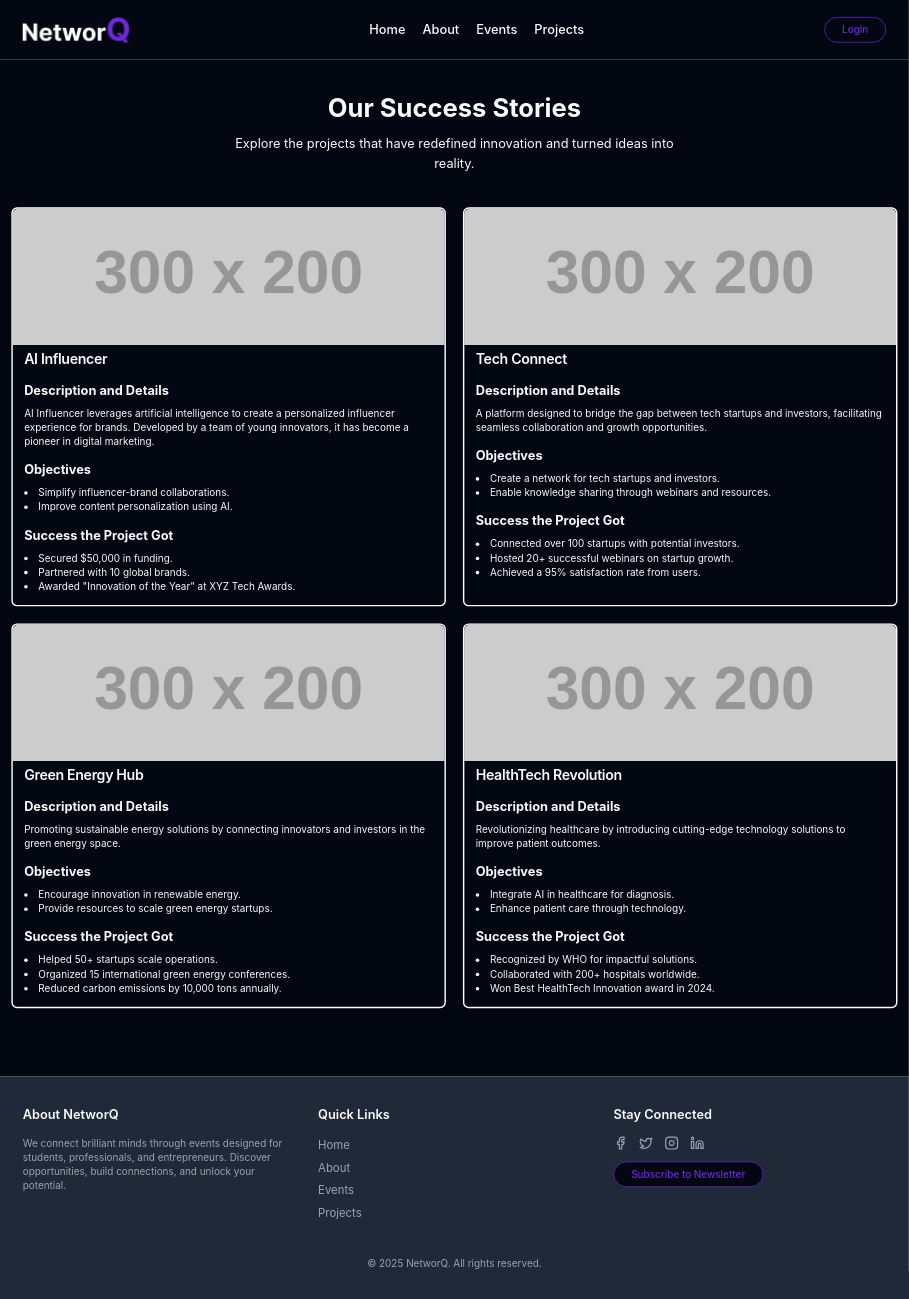
Repository: Wahab3917/Red-Pill-Coders-Hackathon-Submission
Page: /projects (app in frontend/)
An editor plug-in stored every save of this project. The page is shown before and after the next save, followed by the edit.
The browser window is 1280 px wide. The pictures show the whole page, at 71% of full size.
The project was rebuilt for these pictures with package versions that can differ from the ones it lists, and the page was loaded fresh each time. Also part of the build but not shown: frontend/vite.config.js, frontend/src/layouts/AuthLayout.jsx, frontend/src/pages/Home.jsx, frontend/src/pages/About.jsx, frontend/src/pages/Event.jsx.

Above is the page before, as saved 2025-01-25 13:18:46.

### frontend/index.html
<!doctype html>
<html lang="en" class="dark">
  <head>
    <meta charset="UTF-8" />
    <link rel="icon" type="image/svg+xml" href="./src/assets/favicon.png" />
    <meta name="viewport" content="width=device-width, initial-scale=1.0" />
    <title>NetworQ</title>
  </head>
  <body>
    <div id="root"></div>
    <script type="module" src="/src/main.jsx"></script>
  </body>
</html>

### frontend/src/App.jsx
import { BrowserRouter as Router, Routes, Route } from "react-router-dom";
import AuthLayout from "./layouts/AuthLayout";
import PageLayout from "./layouts/pageLayout";

// PAGES
import Home from "./pages/Home.jsx";
import About from "./pages/About.jsx";
import Event from "./pages/Event.jsx";
import Project from "./pages/Project.jsx";
function App() {
  return (
    <Router>
      <Routes>
        <Route
          path="/"
          element={
            <PageLayout>
              <Home />
            </PageLayout>
          }
        />
        <Route
          path="/about"
          element={
            <PageLayout>
              <About />
            </PageLayout>
          }
        />
        <Route
          path="/events"
          element={
            <PageLayout>
              <Event />
            </PageLayout>
          }
        />
        <Route
          path="/projects"
          element={
            <PageLayout>
              <Project />
            </PageLayout>
          }
        />
      </Routes>
    </Router>
  );
}

export default App;

### frontend/src/layouts/PageLayout.jsx
import React from 'react';
import { Header, Footer } from '../components';

function PageLayout({children}) {
  return (
    <div className='min-h-screen flex flex-wrap content-between bg-gray-100'>
      <div className='w-full block'>
        <Header />
          <main>
            {children}
          </main>
        <Footer />
      </div>
    </div>
  )
}

export default PageLayout

### frontend/src/pages/Project.jsx
import React from "react";
import { Card, CardHeader, CardTitle, CardContent } from "@/components/ui/card";

const projectsData = [
  {
    name: "AI Influencer",
    image: "https://via.placeholder.com/300x200", // Placeholder image
    description:
      "AI Influencer leverages artificial intelligence to create a personalized influencer experience for brands. Developed by a team of young innovators, it has become a pioneer in digital marketing.",
    objectives: [
      "Simplify influencer-brand collaborations.",
      "Improve content personalization using AI.",
    ],
    success: [
      "Secured $50,000 in funding.",
      "Partnered with 10 global brands.",
      'Awarded "Innovation of the Year" at XYZ Tech Awards.',
    ],
  },
  {
    name: "Tech Connect",
    image: "https://via.placeholder.com/300x200", // Placeholder image
    description:
      "A platform designed to bridge the gap between tech startups and investors, facilitating seamless collaboration and growth opportunities.",
    objectives: [
      "Create a network for tech startups and investors.",
      "Enable knowledge sharing through webinars and resources.",
    ],
    success: [
      "Connected over 100 startups with potential investors.",
      "Hosted 20+ successful webinars on startup growth.",
      "Achieved a 95% satisfaction rate from users.",
    ],
  },
  {
    name: "Green Energy Hub",
    image: "https://via.placeholder.com/300x200", // Placeholder image
    description:
      "Promoting sustainable energy solutions by connecting innovators and investors in the green energy space.",
    objectives: [
      "Encourage innovation in renewable energy.",
      "Provide resources to scale green energy startups.",
    ],
    success: [
      "Helped 50+ startups scale operations.",
      "Organized 15 international green energy conferences.",
      "Reduced carbon emissions by 10,000 tons annually.",
    ],
  },
  {
    name: "HealthTech Revolution",
    image: "https://via.placeholder.com/300x200", // Placeholder image
    description:
      "Revolutionizing healthcare by introducing cutting-edge technology solutions to improve patient outcomes.",
    objectives: [
      "Integrate AI in healthcare for diagnosis.",
      "Enhance patient care through technology.",
    ],
    success: [
      "Recognized by WHO for impactful solutions.",
      "Collaborated with 200+ hospitals worldwide.",
      "Won Best HealthTech Innovation award in 2024.",
    ],
  },
];

export default function ProjectsPage() {
  return (
    <>
      <main className="min-h-screen bg-background text-foreground">
        <div className="py-12">
          <div className="container mx-auto px-4 text-center">
            {/* Headline */}
            <h1 className="text-4xl font-bold mb-4">Our Success Stories</h1>
            <p className="text-lg max-w-2xl mx-auto">
              Explore the projects that have redefined innovation and turned
              ideas into reality.
            </p>
          </div>

          {/* Projects Section */}
          <section className="py-12">
            <div className="container mx-auto px-4">
              <div className="grid grid-cols-1 sm:grid-cols-2 gap-6">
                {projectsData.map((project, index) => (
                  <Card
                    key={index}
                    className="rounded-lg shadow-lg hover:shadow-xl border-2 border-white hover:border-primary transition duration-300"
                  >
                    <CardHeader className="p-0">
                      {/* Project Image */}
                      <div className="w-full h-48 bg-gray-200 rounded-t-lg overflow-hidden">
                        <img
                          src={project.image}
                          alt={project.name}
                          className="w-full h-full object-cover"
                        />
                      </div>
                      <CardTitle className="text-xl font-semibold mt-4 px-4">
                        {project.name}
                      </CardTitle>
                    </CardHeader>
                    <CardContent className="px-4 py-4">
                      <div className="mb-4">
                        <h2 className="font-bold text-lg mb-2">
                          Description and Details
                        </h2>
                        <p className="text-sm">{project.description}</p>
                      </div>
                      <div className="mb-4">
                        <h2 className="font-bold text-lg mb-2">Objectives</h2>
                        <ul className="list-disc list-inside text-sm">
                          {project.objectives.map((objective, idx) => (
                            <li key={idx}>{objective}</li>
                          ))}
                        </ul>
                      </div>
                      <div>
                        <h2 className="font-bold text-lg mb-2">
                          Success the Project Got
                        </h2>
                        <ul className="list-disc list-inside text-sm">
                          {project.success.map((success, idx) => (
                            <li key={idx}>{success}</li>
                          ))}
                        </ul>
                      </div>
                    </CardContent>
                  </Card>
                ))}
              </div>
            </div>
          </section>
        </div>
      </main>
    </>
  );
}

### frontend/src/components/index.js
import Header from "./Header/Header";
import Footer from "./Footer/Footer";

export {
  Header, Footer
}

### frontend/src/components/ui/button.jsx
import * as React from "react"
import { Slot } from "@radix-ui/react-slot"
import { cva } from "class-variance-authority";

import { cn } from "@/lib/utils"

const buttonVariants = cva(
  "inline-flex items-center justify-center gap-2 whitespace-nowrap rounded-md text-sm font-medium transition-colors focus-visible:outline-none focus-visible:ring-1 focus-visible:ring-ring disabled:pointer-events-none disabled:opacity-50 [&_svg]:pointer-events-none [&_svg]:size-4 [&_svg]:shrink-0",
  {
    variants: {
      variant: {
        default:
          "bg-primary text-primary-foreground shadow hover:bg-primary/90",
        destructive:
          "bg-destructive text-destructive-foreground shadow-sm hover:bg-destructive/90",
        outline:
          "border border-input bg-background shadow-sm hover:bg-accent hover:text-accent-foreground",
        secondary:
          "bg-secondary text-secondary-foreground shadow-sm hover:bg-secondary/80",
        ghost: "hover:bg-accent hover:text-accent-foreground",
        link: "text-primary underline-offset-4 hover:underline",
      },
      size: {
        default: "h-9 px-4 py-2",
        sm: "h-8 rounded-md px-3 text-xs",
        lg: "h-10 rounded-md px-8",
        icon: "h-9 w-9",
      },
    },
    defaultVariants: {
      variant: "default",
      size: "default",
    },
  }
)

const Button = React.forwardRef(({ className, variant, size, asChild = false, ...props }, ref) => {
  const Comp = asChild ? Slot : "button"
  return (
    (<Comp
      className={cn(buttonVariants({ variant, size, className }))}
      ref={ref}
      {...props} />)
  );
})
Button.displayName = "Button"

export { Button, buttonVariants }

### frontend/src/components/ui/card.jsx
import * as React from "react"

import { cn } from "@/lib/utils"

const Card = React.forwardRef(({ className, ...props }, ref) => (
  <div
    ref={ref}
    className={cn("rounded-xl border bg-card text-card-foreground shadow", className)}
    {...props} />
))
Card.displayName = "Card"

const CardHeader = React.forwardRef(({ className, ...props }, ref) => (
  <div
    ref={ref}
    className={cn("flex flex-col space-y-1.5 p-6", className)}
    {...props} />
))
CardHeader.displayName = "CardHeader"

const CardTitle = React.forwardRef(({ className, ...props }, ref) => (
  <div
    ref={ref}
    className={cn("font-semibold leading-none tracking-tight", className)}
    {...props} />
))
CardTitle.displayName = "CardTitle"

const CardDescription = React.forwardRef(({ className, ...props }, ref) => (
  <div
    ref={ref}
    className={cn("text-sm text-muted-foreground", className)}
    {...props} />
))
CardDescription.displayName = "CardDescription"

const CardContent = React.forwardRef(({ className, ...props }, ref) => (
  <div ref={ref} className={cn("p-6 pt-0", className)} {...props} />
))
CardContent.displayName = "CardContent"

const CardFooter = React.forwardRef(({ className, ...props }, ref) => (
  <div
    ref={ref}
    className={cn("flex items-center p-6 pt-0", className)}
    {...props} />
))
CardFooter.displayName = "CardFooter"

export { Card, CardHeader, CardFooter, CardTitle, CardDescription, CardContent }

### frontend/src/components/Header/Header.jsx
import React from "react";
import { Link, useNavigate } from "react-router-dom";
import Logo from "../Logo";
import { Button } from "../ui/button";

function Header() {
  const navigate = useNavigate();

  const navItems = [
    { name: "Home", slug: "/", active: true },
    { name: "About", slug: "/about", active: true },
    { name: "Events", slug: "/events", active: true },
    { name: "Projects", slug: "/projects", active: true },
  ];

  return (
    <header className="flex justify-between items-center py-6 px-8 bg-background text-foreground shadow-md">
      {/* Logo Section */}
      <div>
        <Link to="/">
          <Logo width={150} />
        </Link>
      </div>

      {/* Navigation Section */}
      <nav className="flex gap-6">
        {navItems.map(
          (item) =>
            item.active && (
              <Link
                to={item.slug}
                key={item.name}
                className="text-lg font-medium hover:text-primary transition-colors"
              >
                {item.name}
              </Link>
            )
        )}
      </nav>

      {/* Actions Section */}
      <div>
        <Link to="/login">
          <Button
            variant="outline"
            className="py-2 px-6 rounded-full border-primary text-primary hover:bg-primary hover:text-primary-foreground transition-colors"
          >
            Login
          </Button>
        </Link>
      </div>
    </header>
  );
}

export default Header;

### frontend/src/components/Footer/Footer.jsx
import React from "react";
import { Link } from "react-router-dom";
import { Button } from "../ui/button";
import { Facebook, Twitter, Instagram, Linkedin } from "lucide-react";

function Footer() {
  return (
    <footer className="bg-muted text-muted-foreground py-10 px-8">
      <div className="container mx-auto grid md:grid-cols-3 gap-8">
        {/* About Section */}
        <div>
          <h4 className="text-lg font-semibold mb-4">About NetworQ</h4>
          <p className="text-sm">
            We connect brilliant minds through events designed for students, professionals, and entrepreneurs.
            Discover opportunities, build connections, and unlock your potential.
          </p>
        </div>

        {/* Navigation Links */}
        <div>
          <h4 className="text-lg font-semibold mb-4">Quick Links</h4>
          <ul className="space-y-2">
            <li>
              <Link to="/" className="hover:text-primary transition-colors">Home</Link>
            </li>
            <li>
              <Link to="/about" className="hover:text-primary transition-colors">About</Link>
            </li>
            <li>
              <Link to="/events" className="hover:text-primary transition-colors">Events</Link>
            </li>
            <li>
              <Link to="/projects" className="hover:text-primary transition-colors">Projects</Link>
            </li>
          </ul>
        </div>

        {/* Social Media & Newsletter */}
        <div>
          <h4 className="text-lg font-semibold mb-4">Stay Connected</h4>
          <div className="flex space-x-4 mb-4">
            <a
              href="https://facebook.com"
              target="_blank"
              rel="noopener noreferrer"
              className="text-muted-foreground hover:text-primary transition-colors"
            >
              <Facebook size={20} />
            </a>
            <a
              href="https://twitter.com"
              target="_blank"
              rel="noopener noreferrer"
              className="text-muted-foreground hover:text-primary transition-colors"
            >
              <Twitter size={20} />
            </a>
            <a
              href="https://instagram.com"
              target="_blank"
              rel="noopener noreferrer"
              className="text-muted-foreground hover:text-primary transition-colors"
            >
              <Instagram size={20} />
            </a>
            <a
              href="https://linkedin.com"
              target="_blank"
              rel="noopener noreferrer"
              className="text-muted-foreground hover:text-primary transition-colors"
            >
              <Linkedin size={20} />
            </a>
          </div>
          <Link to="/signup">
            <Button
              variant="outline"
              className="py-2 px-6 rounded-full border-primary text-primary hover:bg-primary hover:text-primary-foreground transition-colors"
            >
              Subscribe to Newsletter
            </Button>
          </Link>
        </div>
      </div>

      {/* Bottom Bar */}
      <div className="border-t border-border mt-8 pt-4 text-center">
        <p className="text-sm">
          © {new Date().getFullYear()} NetworQ. All rights reserved.
        </p>
      </div>
    </footer>
  );
}

export default Footer;

### frontend/src/components/Logo.jsx
import React from 'react';
import logo from '../assets/Logo.png';

function Logo({width}) {
  return (
    <img src={logo} alt="Logo" width={width} />
  )
}

export default Logo

### frontend/tailwind.config.js
const plugin = require("tailwindcss/plugin");
const { fontFamily } = require("tailwindcss/defaultTheme");

/** @type {import('tailwindcss').Config} */
module.exports = {
  darkMode: ["class"],
  content: ["./index.html", "./src/**/*.{ts,tsx,js,jsx}"],
  theme: {
    extend: {
      colors: {
        background: "hsl(var(--background))",
        foreground: "hsl(var(--foreground))",
        card: "hsl(var(--card))",
        "card-foreground": "hsl(var(--card-foreground))",
        popover: "hsl(var(--popover))",
        "popover-foreground": "hsl(var(--popover-foreground))",
        primary: "hsl(var(--primary))",
        "primary-foreground": "hsl(var(--primary-foreground))",
        secondary: "hsl(var(--secondary))",
        "secondary-foreground": "hsl(var(--secondary-foreground))",
        muted: "hsl(var(--muted))",
        "muted-foreground": "hsl(var(--muted-foreground))",
        accent: "hsl(var(--accent))",
        "accent-foreground": "hsl(var(--accent-foreground))",
        destructive: "hsl(var(--destructive))",
        "destructive-foreground": "hsl(var(--destructive-foreground))",
        border: "hsl(var(--border))",
        input: "hsl(var(--input))",
        ring: "hsl(var(--ring))",
      },
      borderRadius: {
        DEFAULT: "var(--radius)",
      },
      fontFamily: {
        sans: ["Inter", ...fontFamily.sans],
      },
      typography: {
        DEFAULT: {
          css: {
            h1: {
              fontSize: "3.5rem", // 56px
              fontWeight: "900",
              lineHeight: "4rem", // 64px
              color: "hsl(var(--foreground))",
            },
            h2: {
              fontSize: "2.875rem", // 46px
              fontWeight: "800",
              lineHeight: "3.25rem", // 52px
              color: "hsl(var(--foreground))",
            },
            h3: {
              fontSize: "2.25rem", // 36px
              fontWeight: "700",
              lineHeight: "2.75rem", // 44px
              color: "hsl(var(--foreground))",
            },
            h4: {
              fontSize: "1.875rem", // 30px
              fontWeight: "600",
              lineHeight: "2.25rem", // 36px
              color: "hsl(var(--foreground))",
            },
          },
        },
      },
    },
  },
  plugins: [
    require("tailwindcss-animate"),
    require("@tailwindcss/typography"),
    plugin(function ({ addBase }) {
      addBase({
        h1: {
          "@apply text-[56px] font-extrabold leading-[64px] text-foreground": "",
        },
        h2: {
          "@apply text-[46px] font-bold leading-[52px] text-foreground": "",
        },
        h3: {
          "@apply text-[36px] font-semibold leading-[44px] text-foreground": "",
        },
        h4: {
          "@apply text-[30px] font-medium leading-[36px] text-foreground": "",
        },
      });
    }),
  ],
};

Loaded but not shown: frontend/src/main.jsx (common file); frontend/src/index.css (common file); frontend/src/lib/utils.js (common file)

After the next save:
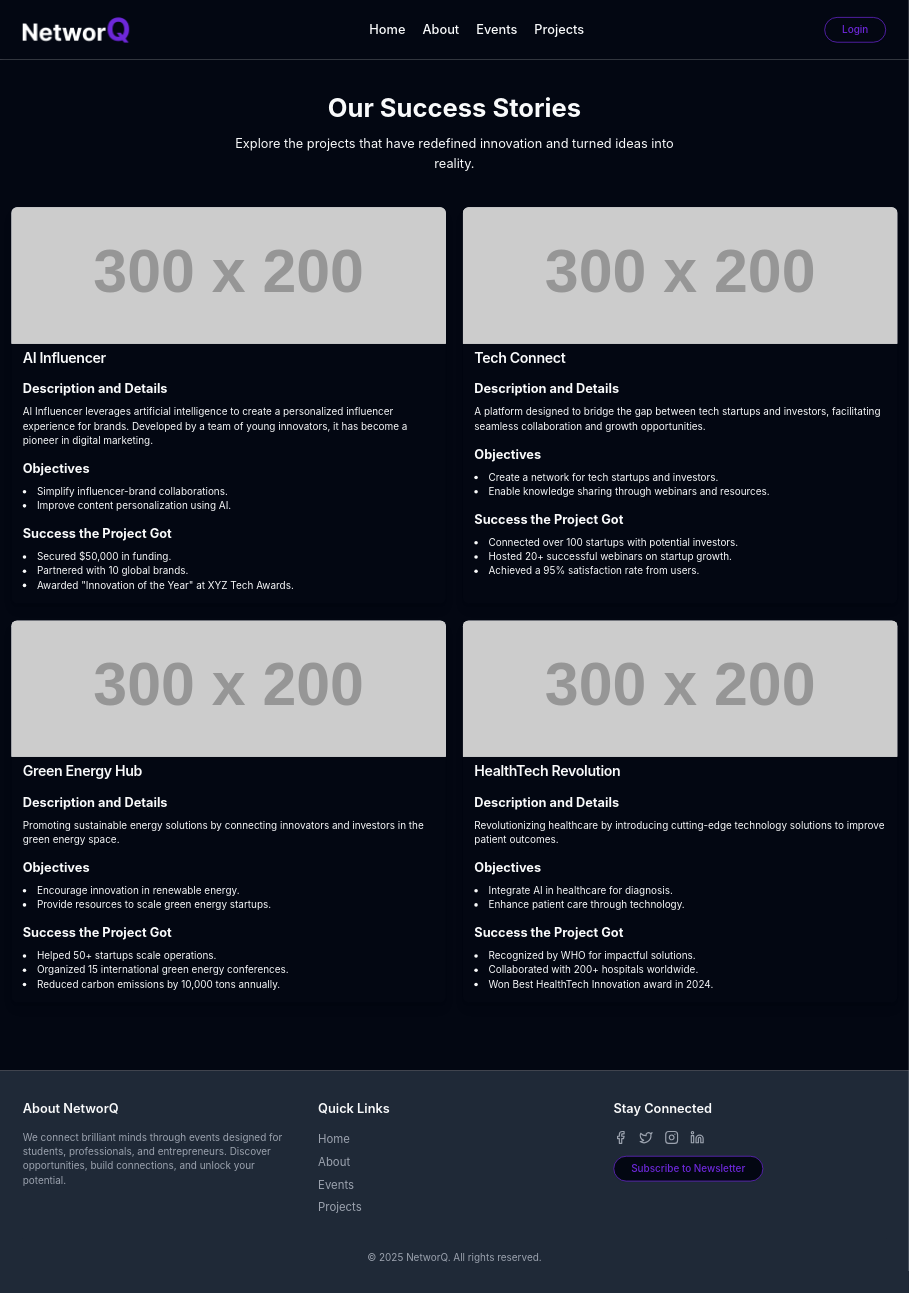
Saved 24 s later.
--- a/frontend/src/pages/Project.jsx
+++ b/frontend/src/pages/Project.jsx
@@ -85,7 +85,7 @@ export default function ProjectsPage() {
                 {projectsData.map((project, index) => (
                   <Card
                     key={index}
-                    className="rounded-lg shadow-lg hover:shadow-xl border-2 border-white hover:border-primary transition duration-300"
+                    className="rounded-lg shadow-lg hover:shadow-xl border-1 border-grey-200 hover:border-primary transition duration-300"
                   >
                     <CardHeader className="p-0">
                       {/* Project Image */}
